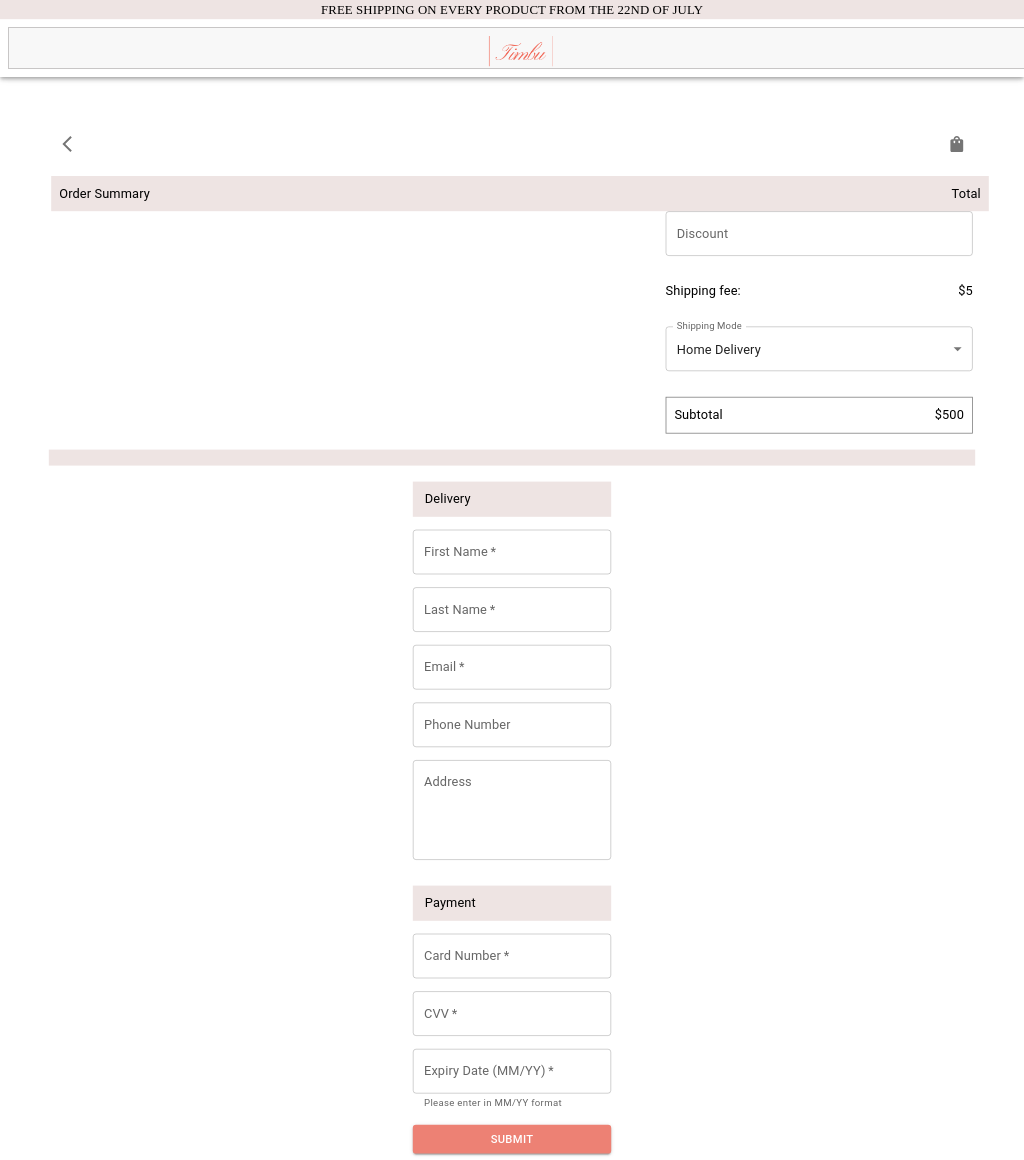
Repository: Armstrong2035/hng-project-two
Page: /checkout (app in timbu-store/)
An editor plug-in stored every save of this project. The page is shown before and after a run of saves, followed by the edit.
The browser window is 1280 px wide. The pictures show the whole page, at 80% of full size.
The project was rebuilt for these pictures with package versions that can differ from the ones it lists, and the page was loaded fresh each time. The framework's server and built-in components were replaced by stand-ins that run in the browser. Also part of the build but not shown: timbu-store/next.config.mjs, timbu-store/src/app/fonts.css.

Above is the page before, as saved 2024-07-10 04:02:38.

### timbu-store/src/app/layout.js
"use client";

import "./fonts.css";

import Head from "next/head";

const metadata = {
  title: "Timbu Store",
  description: "We sell beauty",
};

export default function RootLayout({ children }) {
  return (
    <>
      <html>
        <Head>
          <title>{metadata.title}</title>
          <meta name="description" content={metadata.description} />
        </Head>
        <body>{children}</body>
      </html>
    </>
  );
}

### timbu-store/src/app/checkout/page.js
"use client";

import React from "react";
import CheckOut from "../../../components/checkout/CheckOut";
import Promotion from "../../../components/header/Promotion";
import { AppBar, Box } from "@mui/material";
import TimbuStore from "../../../components/header/TimbuStore";

export default function Page() {
  return (
    <>
      <AppBar color={"transparent"}>
        <Promotion />
        <TimbuStore />
      </AppBar>

      <Box sx={{ mt: 20 }}>
        <CheckOut />
      </Box>
    </>
  );
}

### timbu-store/components/checkout/CheckOut.js
"use client";
import useStore from "@/store/store";
import Image from "next/image";
import {
  Typography,
  Box,
  Stack,
  Grid,
  Button,
  Card,
  CardContent,
  Container,
  AppBar,
} from "@mui/material";
import React, { useState } from "react";
import Cart from "./cart/Cart";
import Invoice from "./Invoice";
import Promotion from "../header/Promotion";
import CheckoutForm from "./CheckoutForm";
import CheckoutNav from "./CheckoutNav";
import useMediaQuery from "@mui/material/useMediaQuery";
import { useTheme } from "@mui/material/styles";
export default function CheckOut() {
  const theme = useTheme();
  const isDesktop = useMediaQuery(theme.breakpoints.up("lg"));
  return (
    <>
      <Stack alignItems={"center"}>
        <Container>
          <CheckoutNav />
          {isDesktop && (
            <Box
              style={{
                width: "100%",
                display: "flex",
                justifyContent: "space-between",
                padding: "10px 10px",
                marginTop: "20px",
                backgroundColor: "#EEE4E3",
              }}
              className="heading"
            >
              <Typography>Order Summary</Typography>
              <Typography>Total</Typography>
            </Box>
          )}

          <Grid container>
            <Grid item>
              {!isDesktop && (
                <Typography
                  sx={{ backgroundColor: "#EEE4E3", padding: "10px 10px" }}
                >
                  Order Summary
                </Typography>
              )}
            </Grid>
            <Grid item className={"item"} xl={10} lg={8} md={6} sm={12} xs={12}>
              <Cart />
            </Grid>
            <Grid item xl={4} lg={4} md={6} sm={12} xs={12}>
              <Invoice />
            </Grid>
          </Grid>
        </Container>

        <Box
          style={{
            width: "90%",
            display: "flex",
            justifyContent: "space-between",
            padding: "10px 10px",
            marginTop: "20px",
            marginBottom: "20px",
            backgroundColor: "#EEE4E3",
          }}
          className="heading"
        ></Box>

        <CheckoutForm />
      </Stack>
    </>
  );
}

### timbu-store/components/header/Promotion.js
"use client";

import { Typography, Box } from "@mui/material";
import React from "react";

export default function Promotion() {
  return (
    <>
      <Box
        sx={{
          display: "flex",
          alignItems: "center",
          justifyContent: "center",
          width: "100%",
          backgroundColor: "#EEE4E3",
          padding: "15px, 0",
        }}
      >
        <Typography sx={{ fontFamily: "kanit-regular" }}>
          FREE SHIPPING ON EVERY PRODUCT FROM THE 22ND OF JULY
        </Typography>
      </Box>
    </>
  );
}

### timbu-store/components/header/TimbuStore.js
"use client";

import Image from "next/image";
import Timbu from "../../public/utility-images/Timbu.png";
import Link from "next/link";

export default function TimbuStore() {
  return (
    <div
      style={{
        width: "100%",
        backgroundColor: "#F8F8F8",
        display: "flex",
        justifyContent: "center",
        alignItems: "center",
        padding: "10px 0",
        border: "1px solid #BCBABA",
        margin: "10px",
      }}
    >
      <Link href={"/"}>
        <div style={{ width: "80px", height: "30px" }}>
          <Image
            src={Timbu}
            alt={"timbu store logo"}
            layout="responsive"
            width={50}
            height={50}
            objectFit="contain"
          />
        </div>
      </Link>
    </div>
  );
}

### timbu-store/src/store/store.js
import { create } from "zustand";
import { persist } from "zustand/middleware";

const useStore = create(
  (set) => ({
    cart: [],
    addToCart: (item) => set((state) => ({ cart: [...state.cart, item] })),
  }),
  {
    name: "cart-storage",
  }
);

export default useStore;

### timbu-store/components/checkout/cart/Cart.js
"use client";
import React, { useState } from "react";
import useStore from "@/store/store";
import { Box, Grid, Stack, Typography, Button } from "@mui/material";
import Image from "next/image";

export default function Cart() {
  const [orderVolume, setOrderVolume] = useState(1);
  const cart = useStore((state) => state.cart);

  return (
    <Stack spacing={4}>
      {cart.map((item) => (
        <Grid container key={item.id} spacing={2}>
          <Grid item xs={12} sm={6} md={4}>
            <Box
              sx={{
                display: "flex",
                alignItems: "center",
                justifyContent: "center",
                backgroundColor: "#F1F0F0",
                position: "relative",
                "&:hover": {
                  backgroundColor: "#E6DFDF",
                },
                width: "100%",
                paddingTop: "100%", // This creates a square aspect ratio
                position: "relative",
              }}
            >
              <Box
                sx={{
                  position: "absolute",
                  top: 0,
                  left: 0,
                  right: 0,
                  bottom: 0,
                  padding: "10px",
                }}
              >
                <Image
                  src={item.imageUrl}
                  alt={item.productName}
                  layout="fill"
                  objectFit="contain"
                />
              </Box>
            </Box>
          </Grid>

          <Grid item xs={12} sm={6} md={4}>
            <Stack
              direction={"row"}
              alignItems={"center"}
              justifyContent={"space-between"}
            >
              <Box sx={{ padding: "16px" }}>
                <Typography>{item.productName}</Typography>
                <Box
                  sx={{
                    border: "1px solid #B2A6A6",
                    display: "flex",
                    flexDirection: "row",
                    alignItems: "center",
                    margin: "10px 0",
                  }}
                >
                  <Button
                    sx={{ color: "#473838" }}
                    onClick={() =>
                      setOrderVolume(orderVolume > 1 ? orderVolume - 1 : 1)
                    }
                  >
                    -
                  </Button>
                  <Typography sx={{ padding: "0 10px" }}>
                    {orderVolume}
                  </Typography>
                  <Button
                    sx={{ color: "#473838" }}
                    onClick={() => setOrderVolume(orderVolume + 1)}
                  >
                    +
                  </Button>
                </Box>
                <Button sx={{ color: "#ED8174" }}>Remove</Button>
              </Box>
              <Typography
                sx={{
                  textAlign: { xs: "right", md: "left" },
                  marginRight: { xs: "16px", md: "0" },
                  marginTop: { xs: "16px", md: "0" },
                }}
              >
                {item.discountPrice}
              </Typography>
            </Stack>
          </Grid>

          <Grid item xs={12} md={4}></Grid>
        </Grid>
      ))}
    </Stack>
  );
}

### timbu-store/components/checkout/Invoice.js
"use client";
import React, { useState, useEffect } from "react";
import {
  FormGroup,
  Grid,
  TextField,
  Typography,
  MenuItem,
  Stack,
} from "@mui/material";
import useStore from "@/store/store";

export default function Invoice() {
  const cart = useStore((state) => state.cart);

  const [discountCode, setDiscountCode] = useState("");
  const [shippingMode, setShippingMode] = useState("Home Delivery");
  const [price, setPrice] = useState("");

  const shippingModes = ["Home Delivery", "Pick up"];

  const shippingFee = () => {
    let fee = "";

    if (shippingMode === "Home Delivery") {
      fee = "$5";
    } else if (shippingMode === "Pick up") {
      fee = "$2";
    }

    setPrice(fee);
  };

  useEffect(() => {
    shippingFee();
  });

  return (
    <Stack spacing={4}>
      <TextField
        variant="outlined"
        label="Discount"
        value={discountCode}
        onChange={(e) => setDiscountCode(e.target.value)}
      />
      <Stack direction="row" justifyContent={"space-between"}>
        <Typography>{`Shipping fee:`}</Typography>

        <Typography>{`${price}`}</Typography>
      </Stack>

      <TextField
        select
        label="Shipping Mode"
        value={shippingMode}
        onChange={(e) => setShippingMode(e.target.value)}
      >
        {shippingModes.map((mode) => (
          <MenuItem key={mode} value={mode}>
            {mode}
          </MenuItem>
        ))}
      </TextField>
      <Stack
        direction={"row"}
        justifyContent={"space-between"}
        sx={{ border: "1px solid grey", padding: "10px 10px" }}
      >
        <Typography>Subtotal</Typography>
        <Typography>$500</Typography>
      </Stack>
    </Stack>
  );
}

### timbu-store/components/checkout/CheckoutForm.js
"use client";

import React, { useState } from "react";
import {
  TextField,
  Button,
  FormControlLabel,
  Checkbox,
  Stack,
  Typography,
  Box,
} from "@mui/material";

export default function CheckoutForm() {
  const [formData, setFormData] = useState({
    firstName: "",
    lastName: "",
    email: "",
    phone: "",
    address: "",
    cardNumber: "",
    cvv: "",
    expiryDate: "",
  });

  const handleChange = (event) => {
    setFormData({ ...formData, [event.target.name]: event.target.value });
  };

  const handleSubmit = (event) => {
    event.preventDefault();
    // Handle form submission here (e.g., send data to server)
    console.log("Form submitted:", formData);
  };

  return (
    <form onSubmit={handleSubmit}>
      <Stack spacing={4} direction={"column"}>
        <Stack spacing={2}>
          <Box sx={{ backgroundColor: "#EEE4E3", padding: "10px 15px" }}>
            <Typography>Delivery</Typography>
          </Box>
          <TextField
            label="First Name"
            name="firstName"
            value={formData.firstName}
            onChange={handleChange}
            required
          />

          <TextField
            label="Last Name"
            name="lastName"
            value={formData.lastName}
            onChange={handleChange}
            required
          />

          <TextField
            label="Email"
            name="email"
            value={formData.email}
            onChange={handleChange}
            type="email"
            required
          />

          <TextField
            label="Phone Number"
            name="phone"
            value={formData.phone}
            onChange={handleChange}
            type="tel"
          />

          <TextField
            label="Address"
            name="address"
            value={formData.address}
            onChange={handleChange}
            multiline
            rows={4}
          />
        </Stack>

        <Stack spacing={2}>
          <Box sx={{ backgroundColor: "#EEE4E3", padding: "10px 15px" }}>
            <Typography>Payment</Typography>
          </Box>

          <TextField
            label="Card Number"
            name="cardNumber"
            value={formData.cardNumber}
            onChange={handleChange}
            type="number"
            inputProps={{ minLength: 16, maxLength: 19 }}
            required
          />

          <TextField
            label="CVV"
            name="cvv"
            value={formData.cvv}
            onChange={handleChange}
            type="password"
            inputProps={{ minLength: 3, maxLength: 4 }}
            required
          />

          <TextField
            label="Expiry Date (MM/YY)"
            name="expiryDate"
            value={formData.expiryDate}
            onChange={handleChange}
            helperText="Please enter in MM/YY format"
            pattern="^(0[1-9]|1[0-2])\/\d{2}$"
            required
          />

          <Button
            variant="contained"
            type="submit"
            sx={{
              backgroundColor: "#ED8174",
              "&:hover": {
                backgroundColor: "#C9675B",
              },
            }}
          >
            Submit
          </Button>
        </Stack>
      </Stack>
    </form>
  );
}

### timbu-store/components/checkout/CheckoutNav.js
"use client";

import React from "react";
import ShoppingBagIcon from "@mui/icons-material/ShoppingBag";
import ArrowBackIosNewIcon from "@mui/icons-material/ArrowBackIosNew";
import { IconButton, Stack } from "@mui/material";

export default function CheckoutNav() {
  return (
    <>
      <Stack
        direction={"row"}
        alignItems="center"
        justifyContent={"space-between"}
        sx={{ width: "100%" }}
      >
        <IconButton>
          <ArrowBackIosNewIcon />
        </IconButton>
        <IconButton>
          <ShoppingBagIcon />
        </IconButton>
      </Stack>
    </>
  );
}

After the next 2 saves:
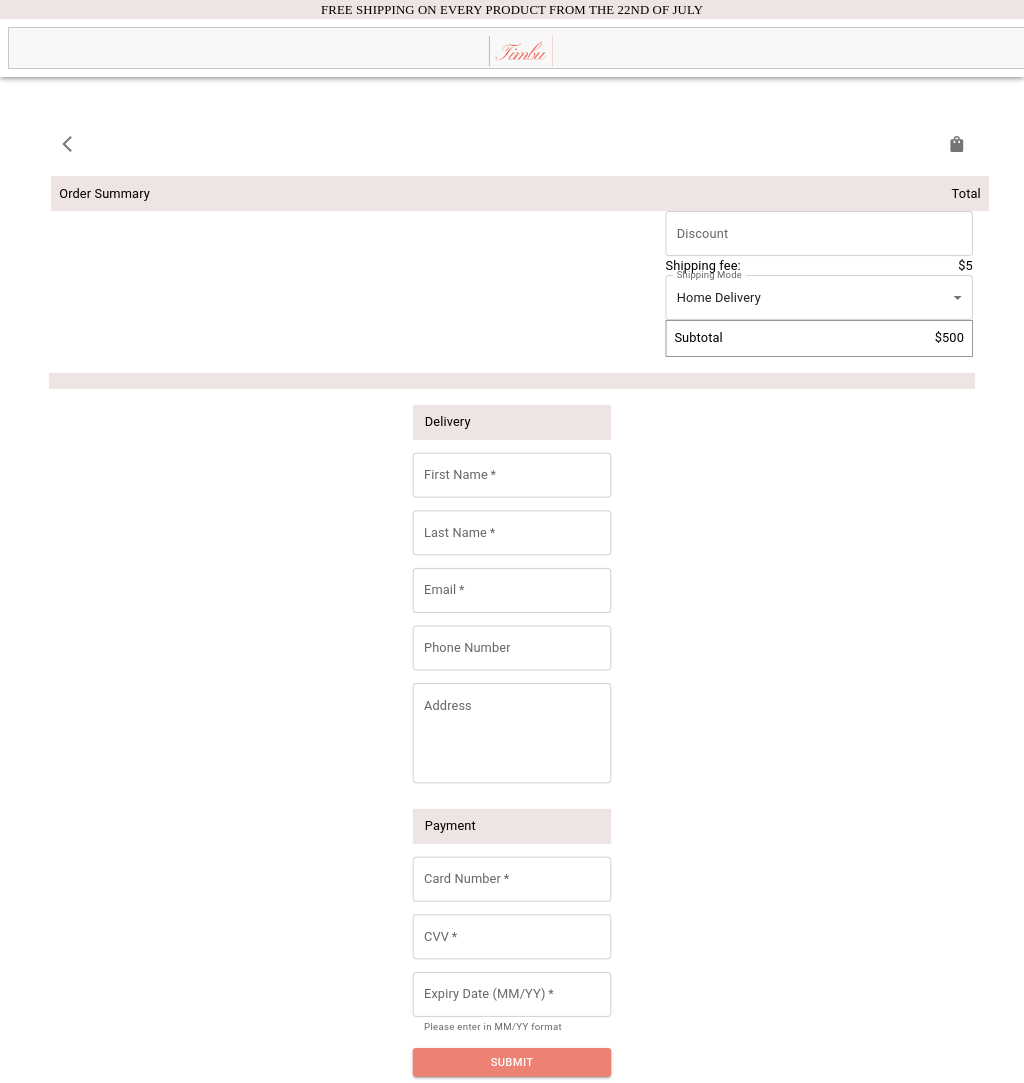
The 2 saves are shown as one change because 1 did not build or start.
The last was saved 65 s later.
--- a/timbu-store/components/checkout/Invoice.js
+++ b/timbu-store/components/checkout/Invoice.js
@@ -9,9 +9,13 @@ import {
   Stack,
 } from "@mui/material";
 import useStore from "@/store/store";
+import { useTheme } from "@mui/material/styles";
+import useMediaQuery from "@mui/material/useMediaQuery";
 
 export default function Invoice() {
   const cart = useStore((state) => state.cart);
+  const theme = useTheme();
+  const isDesktop = useMediaQuery(theme.breakpoints.up("lg"));
 
   const [discountCode, setDiscountCode] = useState("");
   const [shippingMode, setShippingMode] = useState("Home Delivery");
@@ -36,7 +40,7 @@ export default function Invoice() {
   });
 
   return (
-    <Stack spacing={4}>
+    <Stack spacing={isDesktop ? "8" : "4"}>
       <TextField
         variant="outlined"
         label="Discount"
